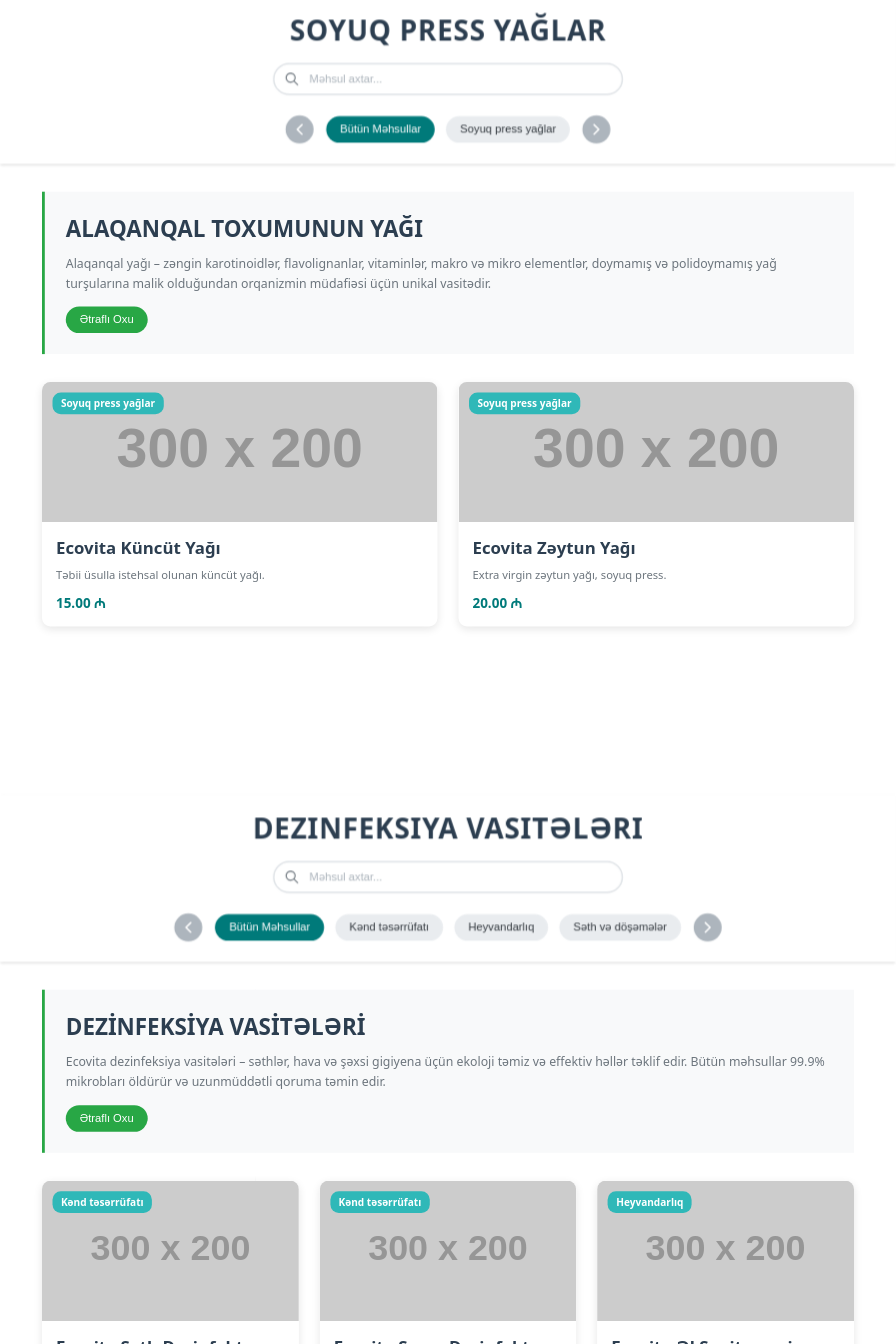
Repository: ferhadsultan98/ecovita
Page: /
These files come from the project's save history. The page is drawn as it stood at one moment and after a run of saves; the edit follows.
The browser window is 1280 px wide. The pictures show the part of the page from y = 1717 to 3637 px (the page is 4753 px tall), at 70% of full size.
The project was rebuilt for these pictures with package versions that can differ from the ones it lists, and the page was loaded fresh each time. Also part of the build but not shown: vite.config.js.

Above is the page before, as saved 2025-05-06 14:34:14.

After the next 4 saves:
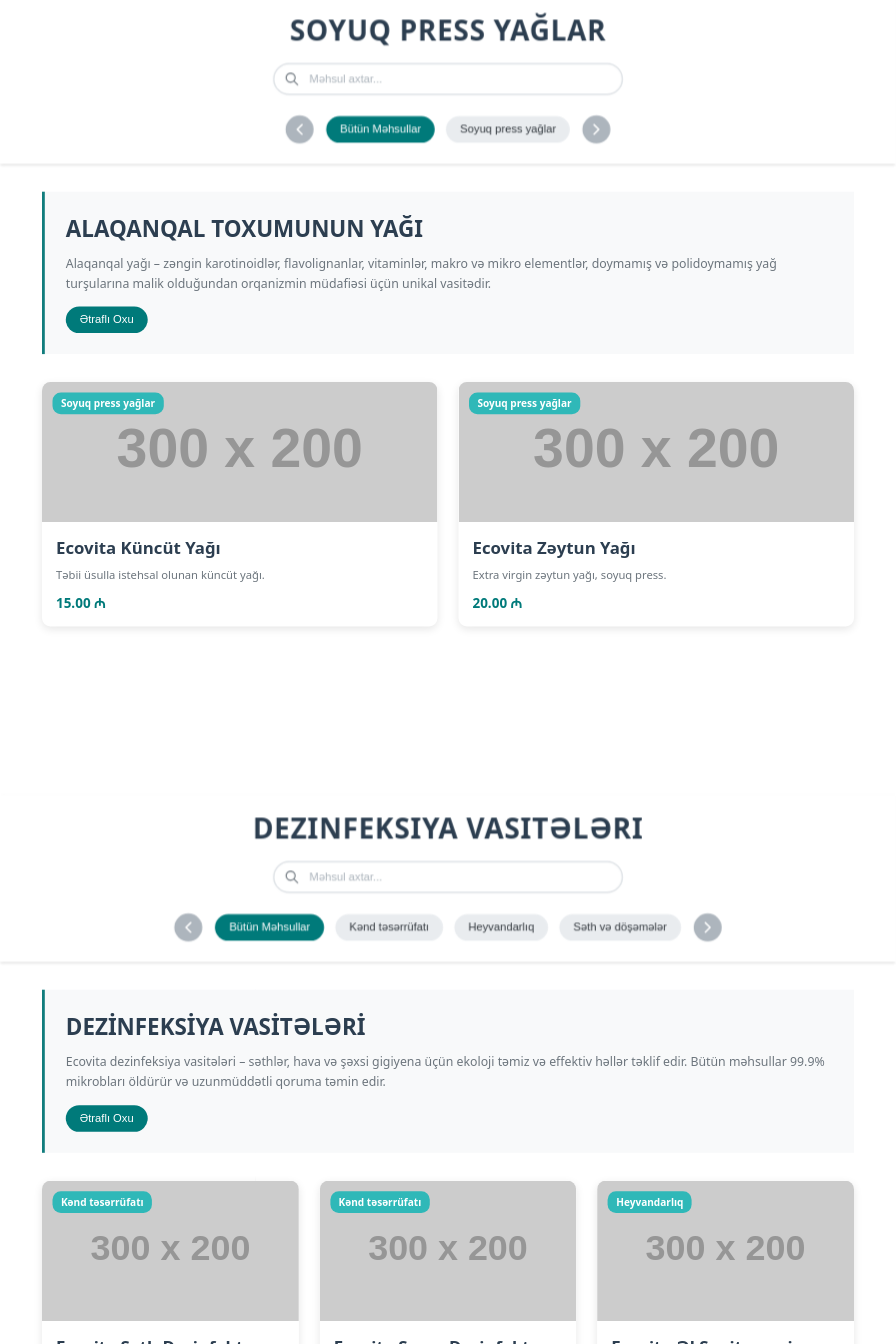
The 4 saves are shown as one change because they came seconds apart.
The last was saved 14 s later.
--- a/src/Pages/MenuSection/MenuSection.scss
+++ b/src/Pages/MenuSection/MenuSection.scss
@@ -203,7 +203,7 @@
       background: #f8f9fa;
       padding: 30px;
       margin-bottom: 40px;
-      border-left: 4px solid #28a745;
+      border-left: 4px solid #117d7d;
 
       .product-info-preview {
         h3 {
@@ -221,7 +221,7 @@
         }
 
         .read-more-button {
-          background: #28a745;
+          background: #007a7a;
           color: white;
           border: none;
           border-radius: 25px;
